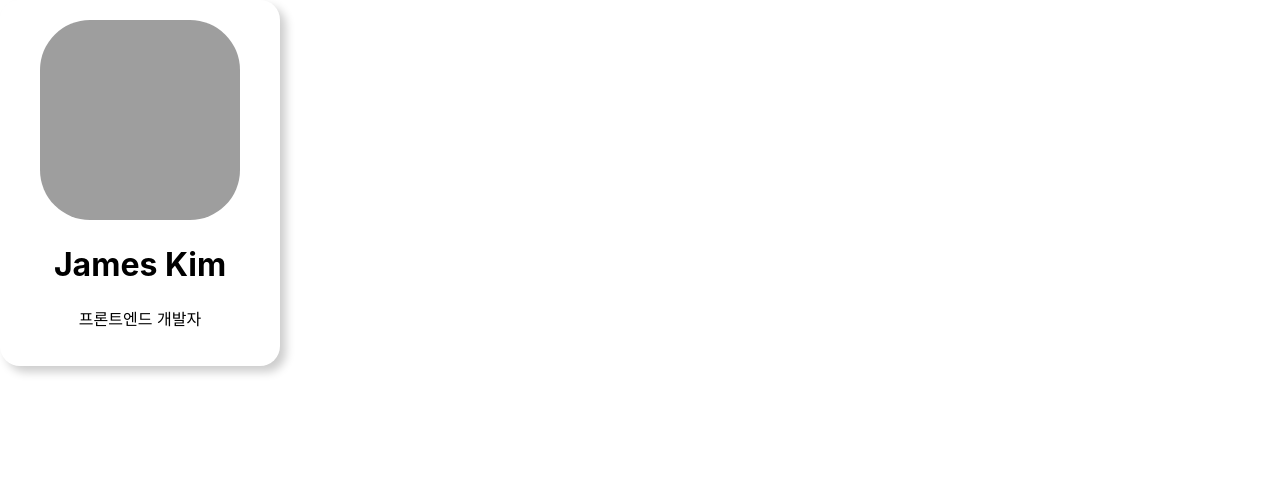
Repository: dnjfht/css-example
Page: /
An editor plug-in stored every save of this project. The page is shown before and after the next save, followed by the edit.
The browser window is 1280 px wide. The pictures show the whole page.
Pictures or frames that could not be fetched are drawn as grey boxes. The project was rebuilt for these pictures with package versions that can differ from the ones it lists, and the page was loaded fresh each time. Also part of the build but not shown: src/App.css.

Above is the page before, as saved 2023-05-09 09:07:17.

### src/App.js
import "./App.css";
import Profile from "./components/Profile";

function App() {
  const name = "승민";
  const list = ["우유", "딸기", "바나나"];

  return (
    <>
      <Profile />
    </>
  );
}

export default App;

### src/components/Profile.jsx
import React from "react";

export default function Profile() {
  return (
    <div
      style={{
        width: 240,
        padding: 20,
        textAlign: "center",
        borderRadius: 20,
        boxShadow: "6px 6px 10px rgba(0,0,0,0.2)",
      }}
    >
      <img
        style={{
          width: 200,
          height: 200,
          objectFit: "cover",
          borderRadius: 50,
        }}
        src="https://images.unsplash.com/photo-1618641986557-1ecd230959aa?ixlib=rb-4.0.3&ixid=MnwxMjA3fDB8MHxwaG90by1wYWdlfHx8fGVufDB8fHx8&auto=format&fit=crop&w=687&q=80"
        alt="profileImg"
      />
      <h1>James Kim</h1>
      <p>프론트엔드 개발자</p>
    </div>
  );
}

Loaded but not shown: public/index.html (common file); src/index.js (common file); src/index.css (common file); src/reportWebVitals.js (common file)

After the next save:
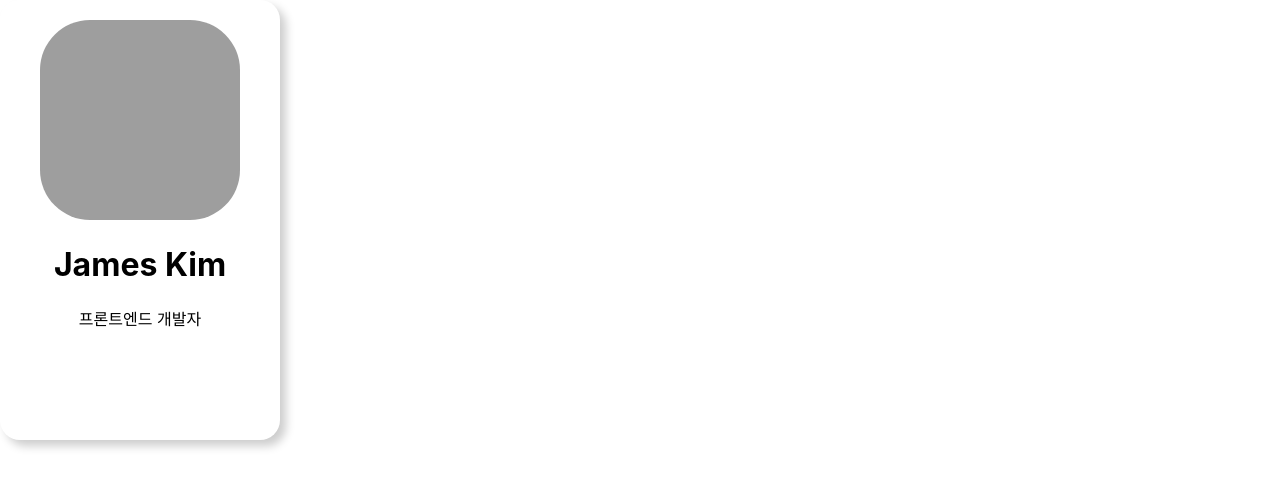
Saved 21 s later.
--- a/src/components/Profile.jsx
+++ b/src/components/Profile.jsx
@@ -5,6 +5,7 @@ export default function Profile() {
     <div
       style={{
         width: 240,
+        height: 400,
         padding: 20,
         textAlign: "center",
         borderRadius: 20,
